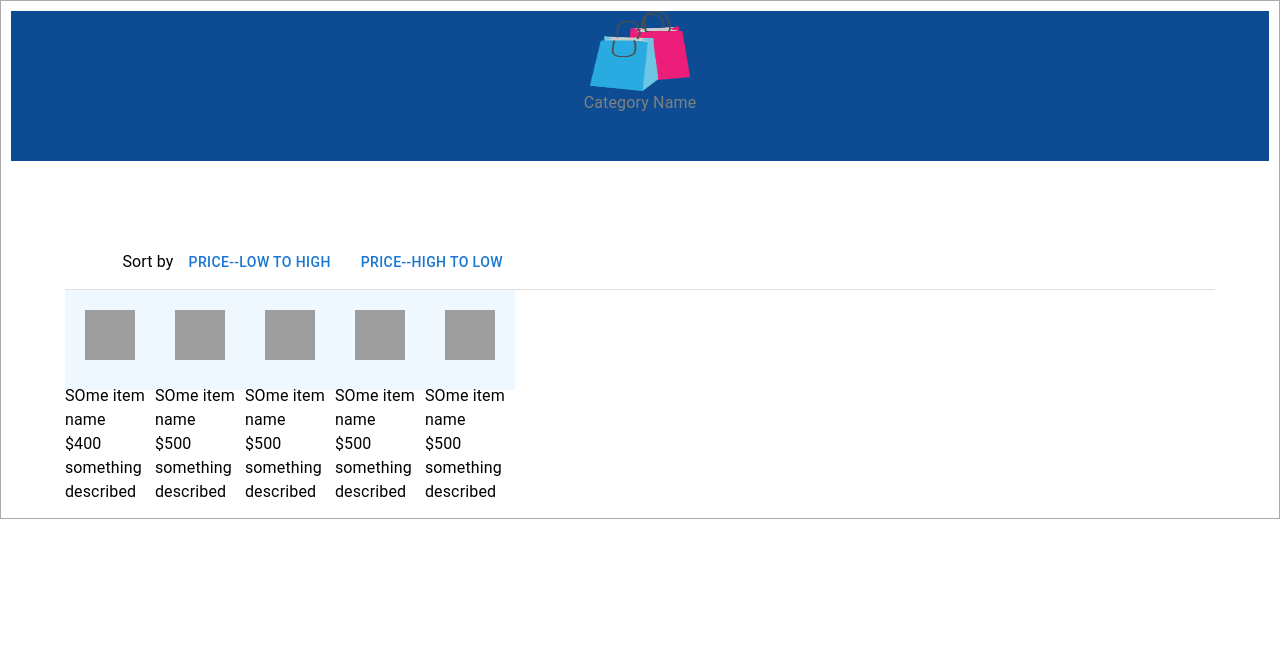
Repository: robin-fareye/reactjs-frontend-flipzone
Page: /
The author's editor kept a copy of each file at every save. The page is drawn from the files as they stood at one save, then again after the next save.
The browser window is 1280 px wide. The pictures show the whole page.
Pictures or frames that could not be fetched are drawn as grey boxes. The project was rebuilt for these pictures with package versions that can differ from the ones it lists, and the page was loaded fresh each time. Also part of the build but not shown: src/App.css, src/component/auth/Login.css, src/api/Login.js, src/component/auth/Login.js, src/component/category/Category.js, src/component/header/Header.css, src/component/header/Header.js, src/component/helper/Slide.css and 7 more.

Above is the page before, as saved 2022-11-14 20:03:20.

### src/App.js
import React from 'react';
import './App.css';
import Login from './component/auth/Login';
import Category from './component/category/Category';
import Header from './component/header/Header';
import Home from './component/home/Home';
import Cart from './component/Cart/Cart';
import ProductCatalouge from './component/ProductCatalogue/ProductCatalouge';
import ProductDetails from './component/ProductDetails/ProductDetails';
import CheckoutPage from './component/Checkout/CheckoutPage';
import RetailerAddProduct from './component/retailer/RetailerAddProduct';
function App() {
  return (
    <div>

      <ProductCatalouge/>

    </div>
  );
}

export default App;

### src/component/ProductCatalogue/ProductCatalouge.js
import { Box, Typography, Grid, Button, Divider } from '@mui/material'
import React, { useState, useEffect } from 'react'
import './ProductCatalouge.css'

const ProductCatalouge = () => {

    const [sort, setSort] = useState("asc");

    const getCardItem=(item)=>{
        return (
        <Box className='card-container'>
            <img
            //style={{height:"60px"}}
            className='item-image'
            src='https://rukminim1.flixcart.com/image/416/416/kcgk1ow0/headphone/n/u/a/235v2-fast-charging-boat-original-imaftk6us4af7bca.jpeg?q=70'
            alt='item'
            />
            <Typography>{item.name}</Typography>
            <Typography>{item.price}</Typography>
            <Typography>{item.description}</Typography>
        </Box>
        )
    }
    const catagories=["cat1","cat2","cat3","cat4"]
    const items=[
        {
            name:"SOme item name",
            price:"$400",
            description:"something described"
        },
        {
            name:"SOme item name",
            price:"$500",
            description:"something described"
        },
        {
            name:"SOme item name",
            price:"$500",
            description:"something described"
        },
        {
            name:"SOme item name",
            price:"$500",
            description:"something described"
        },
        {
            name:"SOme item name",
            price:"$500",
            description:"something described"
        },
    ]

    return (
        <Box className='catagory-container'>
            <Box className='container-header'>
                <img
                    src={require('../../assets/logo.png')}
                    alt="category"
                    className="cat-image"
                    />
                <Typography className="cat-name">Category Name</Typography>
            </Box>
            <Box className='container-body'>
                <Grid item xs={4} sm={4} md={8} lg={12} xl={15}>
                    <Box className='sort'>
                        <Typography>Sort by</Typography>
                        {/* <Button onClick={() => setSort("popular")}>Popularity</Button> */}
                        <Button onClick={() => setSort("asc")}>Price--low to high</Button>
                        <Button onClick={() => setSort("desc")}>Price--high to low</Button>
                    </Box>
                    <Divider />
                    <Box className="inner-body">
                        {
                            items.sort((a, b) => sort === "asc" ? a.price - b.price : b.price - a.price)
                            .map((items) => {
                                return (
                                    getCardItem(items)
                                )
                            })
                        }
                    </Box>
                </Grid>
            </Box>
        </Box>
    )
}

export default ProductCatalouge

 {/* {
            items?.map((item)=>{
                return getCardItem(item)
            })
        } */}

### src/component/category/Category.css
.cat-component {
    /* background-color: #CFF5E7; */
    justify-content: 'space-between';
    margin: '55px 130px 0 130px';
    overflow-x: 'overlay';
    display: flex;
    flex-direction: row;
    padding:0, 50px;
    /* [theme.breakpoints.down('md')]: {
        margin: 0;
    } */
}

.cat-container {
    flex: 1;
    padding: '12px 8px';
    text-align: 'center';
    align-items: center;
    display: flex;
    flex-direction: column;
}

.cat-image {
    width: 100px;
    height: 100px;
}

.cat-text {
    font-size: 14;
    font-weight: 600;
    font-family: 'inherit';
    text-align: center;
}

### src/component/Cart/Cart.css
body{
    padding: 10px 70px;
}
.main-container{
    display: flex;
    height: 100vh;
}
.item-list{
    width: 65%;
}
.order-details{
    width: 35%;
}
.order-list-header{
    height: 60px;
    border: 1px solid rgb(172, 171, 171);

}
.item-count{
    font-weight: 800 !important;
    font-size: 22px !important;
    margin: 12px !important;
}
.card-list-container{
    margin-top: 10px;
    display: flex;
    height: 200px;
    border: 1px solid rgb(172, 171, 171);
    /* border-top: 0px; */
}
.image-and-count{
    width: 25%;
    display: flex;
    justify-content: center;
}
.description{
    padding: 10px;
    width: 75%;
}
.action-button-container{
    display: flex;
    align-items: center;
}
.counter{
    display: flex;
    height: 30px;
    width: 90px;
    border: 1px solid rgb(161, 159, 159);
    border-radius: 5px;
}
.add-box{
    width: 30px;
    display: flex;
    justify-content: center;
    align-items: center;
}
.remove-box{
    width: 30px;
    display: flex;
    justify-content: center;
    align-items: center;
}
.count-box{
    width: 30px;
    border-right:1px solid rgb(161, 159, 159);
    border-left:1px solid rgb(161, 159, 159);
    display: flex;
    justify-content: center;
    align-items: center;
}
.summery-card{
    border: 1px solid rgb(172, 171, 171);
    margin-left: 20px;

}
.summery-header{
    border-bottom: 1px solid rgb(172, 171, 171);
    height: 60px;
    display: flex;
    padding-left: 10px;
    align-items: center;
}
.summery-content{
    padding:12px;
}
.table-structure{
    margin-bottom: 20px;
    display: flex;
    justify-content: space-between;
}

### src/component/ProductCatalogue/ProductCatalouge.css
.main-catalouge-container {
    padding: 10px;
}
/*
.card-container {
    height: 12%;
    width: 10%;
    border: 1px solid black;
}

.image-item-catalouge {
    height: 200px;
    width: 50%;
} */

.catagory-container{
    border: 1px solid rgb(172, 170, 170);
    /* height: 170px; */
    /* width: 100%; */
    padding-bottom: 5%;
}
.container-header{
    background-color: #0D4C92;
    display: flex;
    height: 150px;
    flex-direction: column;
    align-items: center;
}
.cat-image{
    height: 80px;
}
.cat-name{
    font-weight: bold;
    font-size: 30px;
    color: gray;
}
.sort{
    display: flex;
    padding-left: 5%;
    align-items: center;
}
.sort > Typography {
    font-weight: bold;
    padding: 5px;
}
.sort > Button {
    border: none;
    padding: 5px;
    margin: 10px;
    background-color: white;
}
.inner-body{
    display: flex;
    height: 100px;
    width: 100px;
}
.card-container{
    flex-direction: column;
    background-color: aliceblue;
    justify-content: center;
    align-items: center;
}
.item-image{
    padding: 20px;
    width: 50px;
    height: 50px;
}
.card-container > Typography{
    width: 20%;
}
.container-body{
    padding: 5%;

}

### src/component/Checkout/CheckoutPage.css
body {
    padding: 0px;
    margin: 0px;
}

.checkout-container {
    display: flex;

}

.address-container {
    width: 50%;
    height: 60px;
    padding: 20px;
}

.payment-details {
    padding: 20px;
    width: 50%;
}

.address-table {
    border: 1px solid rgba(139, 138, 138, 0.664);
    padding: 20px;
    display: flex;
    flex-direction: column;
}

.checkout-fields {
    margin: 10px !important;
}

.payment-table {
    border: 1px solid rgba(139, 138, 138, 0.664);
    padding: 20px;
    display: flex;
    flex-direction: column;
    justify-content: center;
}

.order-button {

    width: 30%;
    margin-top: 20px !important;
    margin-left: 11px !important;
}

### src/component/retailer/RetailerAddProduct.css
.main-container{
    display: flex;
    flex-direction: column;
    align-items: center;
    justify-content: center;
}
.container-header{
    margin-bottom: 20px !important;
    margin: 10px !important;
}
.text-field{
    margin: 10px !important;
}
.add-button{
    margin-top: 10px !important;
    background-color: #0D4C92;
    color: aliceblue;
    font-weight: 600;
    margin: 10px !important;
}

Loaded but not shown: public/index.html (common file); src/index.js (common file); src/index.css (common file); src/reportWebVitals.js (common file)

After the next save:
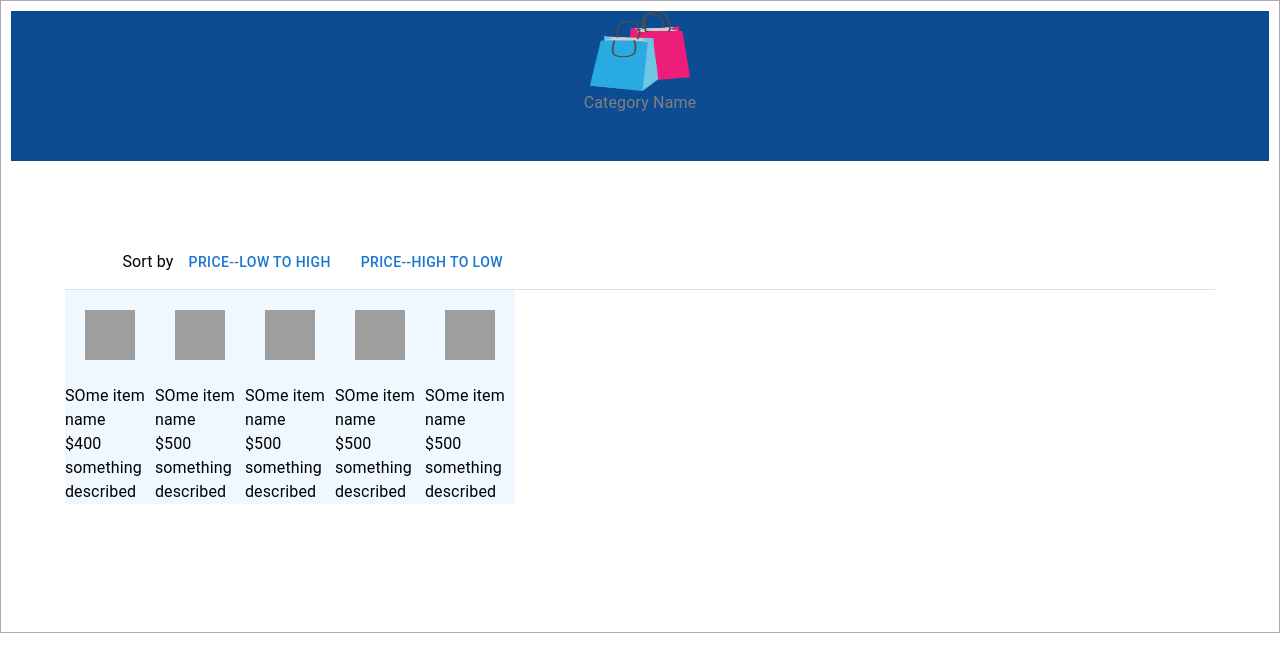
Saved 23 s later.
--- a/src/component/ProductCatalogue/ProductCatalouge.css
+++ b/src/component/ProductCatalogue/ProductCatalouge.css
@@ -51,8 +51,8 @@
 }
 .inner-body{
     display: flex;
-    height: 100px;
-    width: 100px;
+    height: 10%;
+    width: 10%;
 }
 .card-container{
     flex-direction: column;
